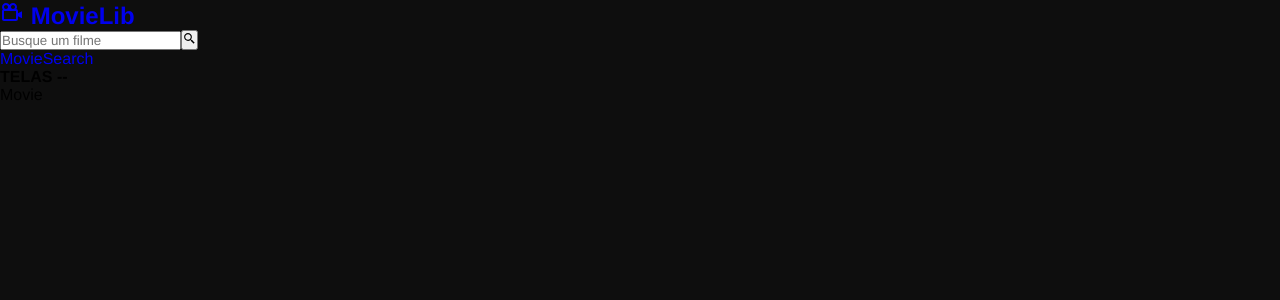
Repository: gustavo-eng/MovieLib
Page: /movie/13
These files come from the project's save history. The page is drawn as it stood at one moment and after the next save; the edit follows.
The browser window is 1280 px wide. The pictures show the whole page.
The project was rebuilt for these pictures with package versions that can differ from the ones it lists, and the page was loaded fresh each time. Also part of the build but not shown: vite.config.js, src/Pages/Home.jsx, src/Pages/Search.jsx.

Above is the page before, as saved 2022-12-31 00:56:00.

### src/main.jsx
import React from 'react'
import ReactDOM from 'react-dom/client'

import './index.css'

import {BrowserRouter, Routes,  Route } from 'react-router-dom'

import App from './App'
import Movie from './Pages/Movie'
import Home from './Pages/Home'
import Search from './Pages/Search'

ReactDOM.createRoot(document.getElementById('root')).render(
  <React.StrictMode>
    <BrowserRouter>
      <Routes>
        <Route element={<App />}>
          <Route path='/' element={<Home/>}/>
          <Route path='movie/:id' element={<Movie />}/>
          <Route path='search' element={<Search />}/>
        </Route>
      </Routes>
    </BrowserRouter>
  </React.StrictMode>,
)

### src/index.css
* {
  font-family: 'Franklin Gothic Medium', 'Arial Narrow', Arial, sans-serif;
  margin: 0;
  padding: 0;
  box-sizing: border-box;
}

body {
  background-color: rgb(14, 14, 14);
}

a {
  text-decoration: none;
}

### src/App.jsx
import { useState } from 'react'
import React from 'react'

//Rotas
import { Link, Outlet } from 'react-router-dom'

//Components
import Navbar from './Components/Navbar'

function App() {
  const [count, setCount] = useState(0)

  return (
    <div className="App">
      <Navbar />
      <Link to={'/movie/13'}>Movie</Link>
      <Link to={'/search'}>Search</Link>
      <h4>TELAS -- </h4>
      <Outlet />
    </div>
  )
}

export default App

### src/Pages/Movie.jsx
import React from "react";

const Movie = () => {
    return (
        <div>Movie </div>
    )
}

export default Movie;

### src/Components/Navbar.jsx
import React from "react";

import { useState } from "react";
//Rotas
import { Link } from "react-router-dom";

//Icons
import {BiCameraMovie, BiSearchAlt2} from 'react-icons/bi'

const Navbar = () => {
    return (
       <nav id="navbar">
            <h2>
                <Link to={'/'}><BiCameraMovie /> MovieLib </Link>
            </h2>
            <form>
                <input type="text" placeholder="Busque um filme"/>
                <button type="submit"> <BiSearchAlt2 /></button>
            </form>
       </nav>
    )
}

export default Navbar;

Loaded but not shown: index.html (common file)

After the next save:
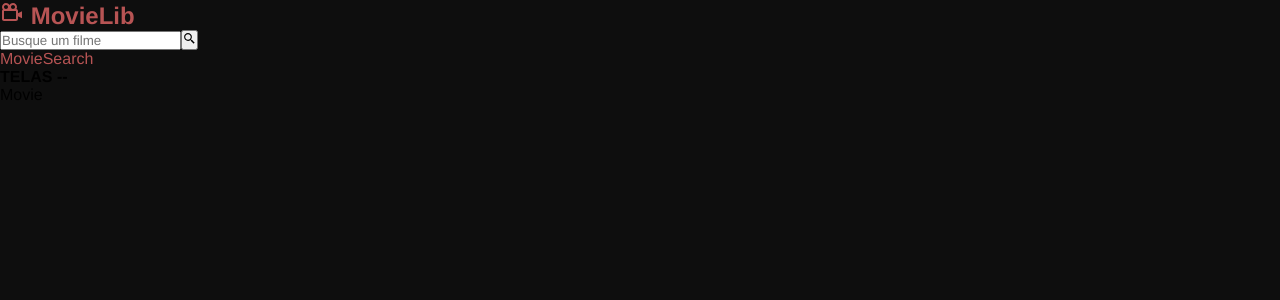
Saved 73 s later.
--- a/src/index.css
+++ b/src/index.css
@@ -11,4 +11,5 @@ body {
 
 a {
   text-decoration: none;
+  color: rgb(183, 84, 84);
 }
